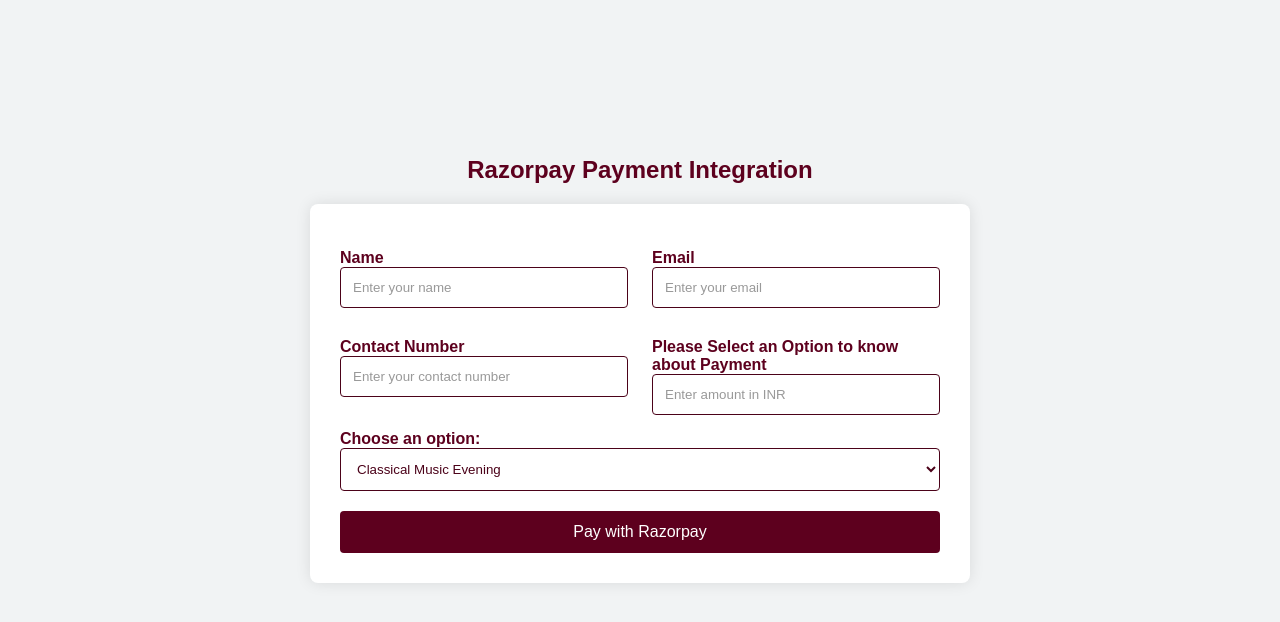
Repository: SharonSebastian32/razorpaypaymentgateway_implementation
Page: bookEventpage.html
An editor plug-in stored every save of this project. The page is shown before and after the next save, followed by the edit.
The browser window is 1280 px wide. The pictures show the whole page.

Above is the page before, as saved 2024-08-09 08:16:00.

After the next save:
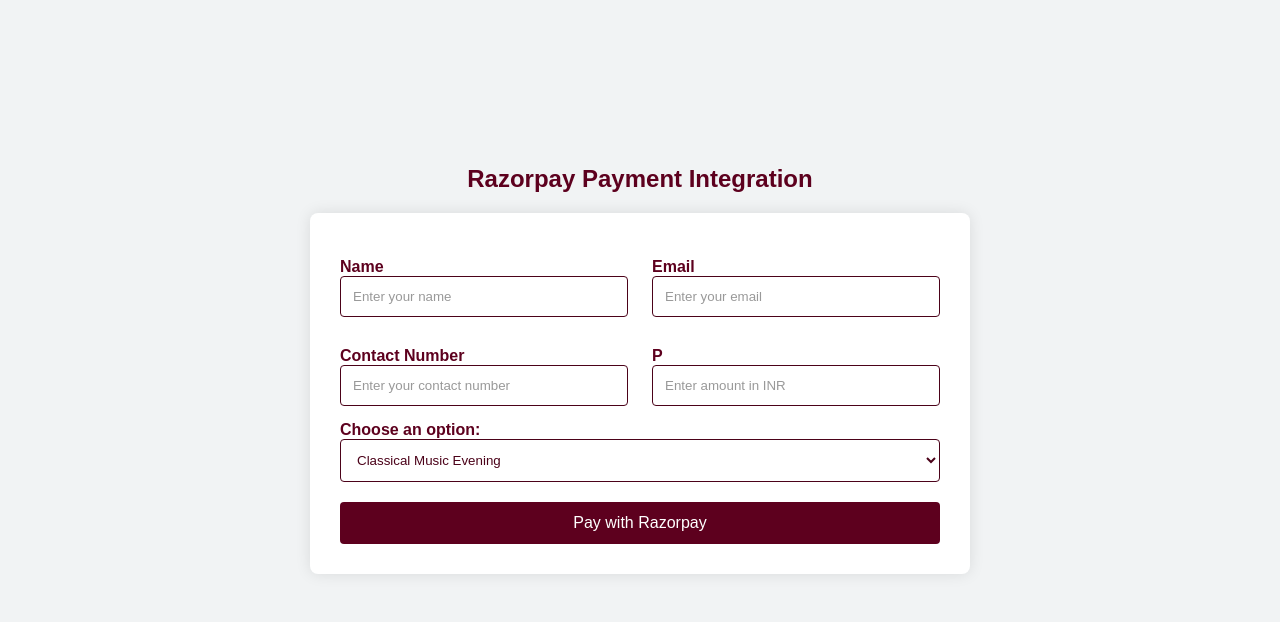
Saved 5 s later.
--- a/bookEventpage.html
+++ b/bookEventpage.html
@@ -131,7 +131,7 @@
             />
           </div>
           <div class="form-group">
-            <label for="">Please Select an Option to know about Payment</label>
+            <label for="">P</label>
             <input
               type="text"
               id="amount"
